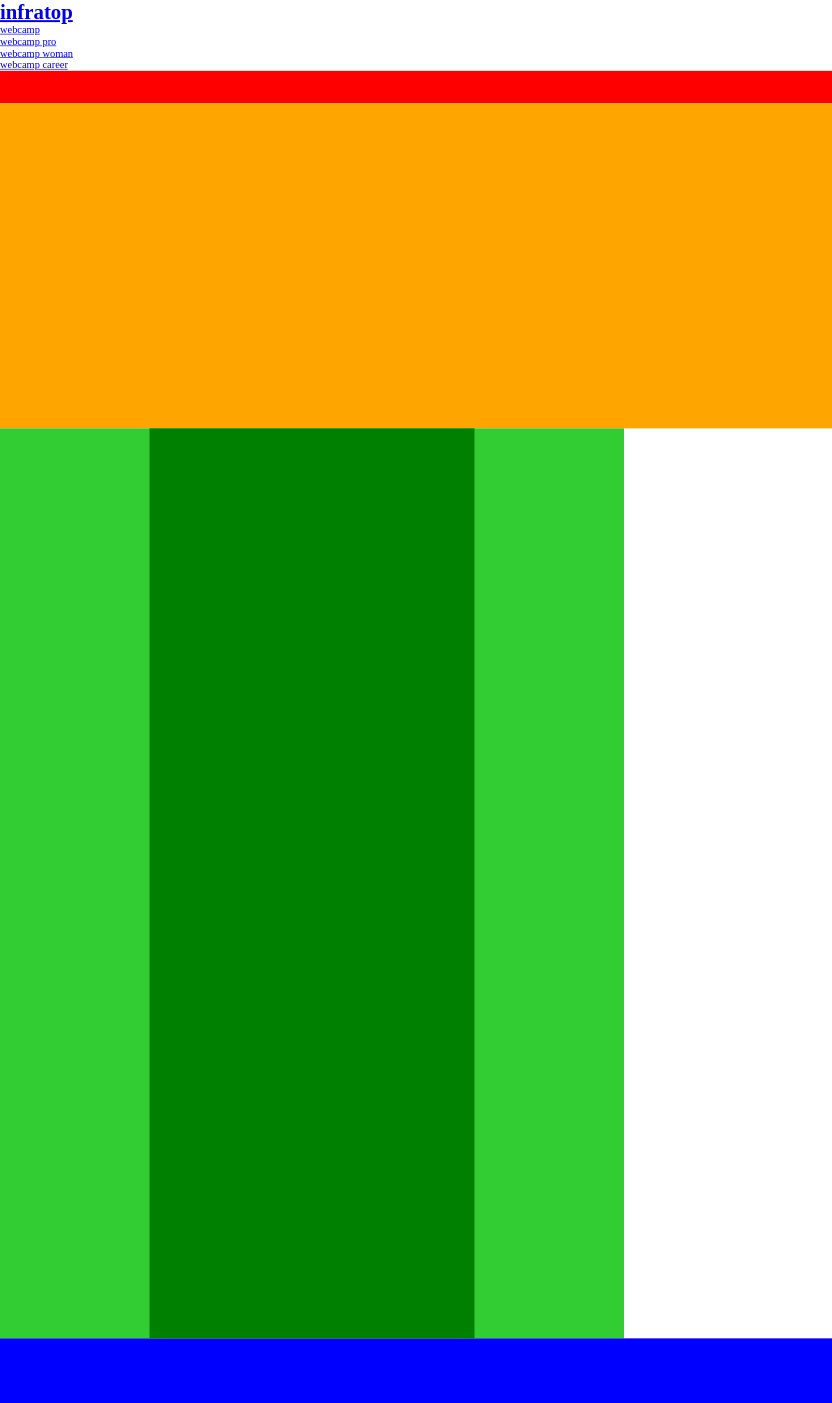
Repository: achoko3/Practice-problem
Page: chapter4/chapter4.html
The author's editor kept a record of every edit. The page is drawn from the files as they stood at one moment, then again after the next edit.
The browser window is 1280 px wide. The pictures show the whole page, at 65% of full size.

Above is the page before.

### chapter4/chapter4.html
<!DOCTYPE html>
<html lang="ja">
  <head>
    <meta charset="UTF-8" />
    <!-- CSSファイルの読み込み -->
    <link rel="stylesheet" href="chapter4.css" />
    <title>chapter4</title>
  </head>

  <body>
    <header>
      <h1><a href="http://infratop.jp/">infratop</a></h1>
    </header>
    <nav>
      <ul class="nav-list">
        <li class="nav-list-item">
         <a href="http://web-camp.io/" >webcamp</a>
        </li>
        <li class="nav-list-item">
          <a href="http://web-camp.io/pro/" >webcamp pro</a>
        </li>
        <li class="nav-list-item">
          <a href="http://web-camp.io/woman/" >webcamp woman</a>
        </li>
        <li class="nav-list-item">
          <a href="http://web-camp.io/career/" >webcamp career</a>
        </li>
      </ul>
    </nav>
    <!-- box1用のdiv -->
    <div class="header"></div>
    <div class="main-visual"></div>
    <div class="main">
      <div class="center"></div>
    </div>
    <div class="footer"></div>

  </body>
</html>

### chapter4/chapter4.css
/* ブラウザがそれぞれ持っているCSSをリセットするための記述 */
* {
  margin: 0;
  padding: 0;
  box-sizing: border-box;
}

.header{
  width:100%;
  height:50px;
  background-color:red;
}

.main-visual{
  width:100%;
  height:500px;
  background-color:orange;
}

.main{
  width:960px;
  height:1400px;
  background-color:limegreen;
  display:flex;
  justify-content:center;
}

.center{
  width:500px;
  height:1400px;
  background-color:green;
}

.footer{
  width:100%;
  height:100px;
  background-color:blue;
}

After the next edit:
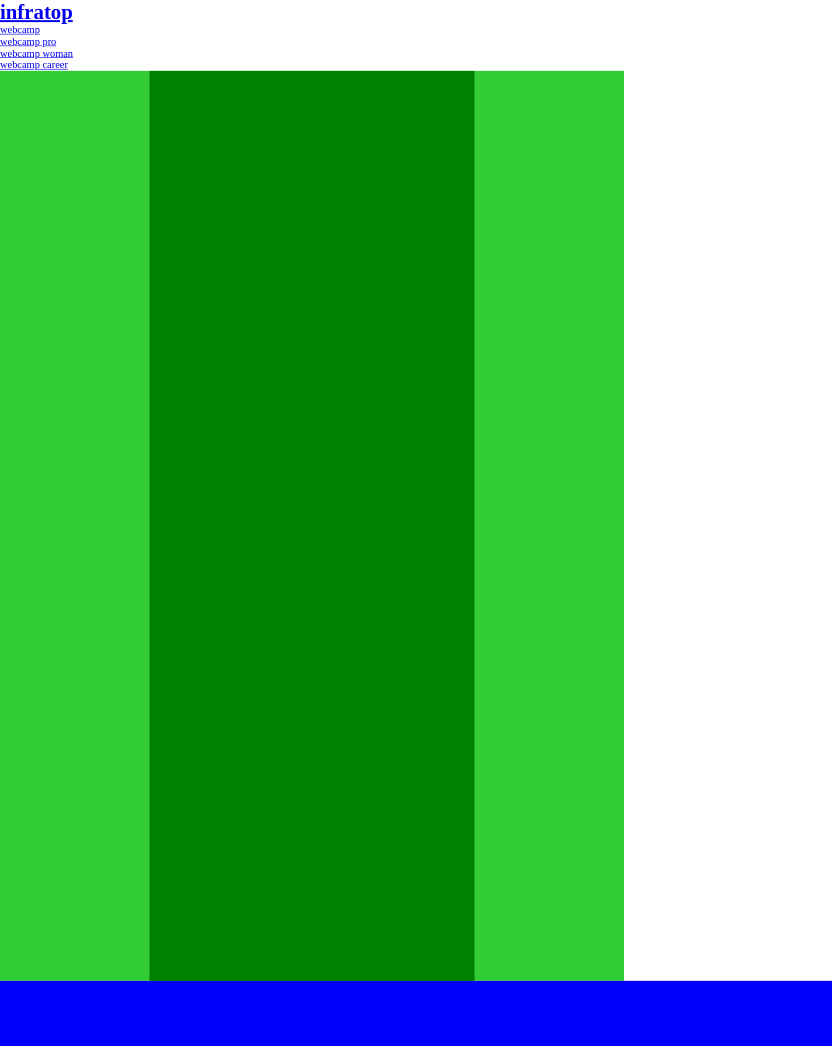
The edit:
--- a/chapter4/chapter4.html
+++ b/chapter4/chapter4.html
@@ -28,8 +28,7 @@
       </ul>
     </nav>
     <!-- box1用のdiv -->
-    <div class="header"></div>
-    <div class="main-visual"></div>
+
     <div class="main">
       <div class="center"></div>
     </div>
